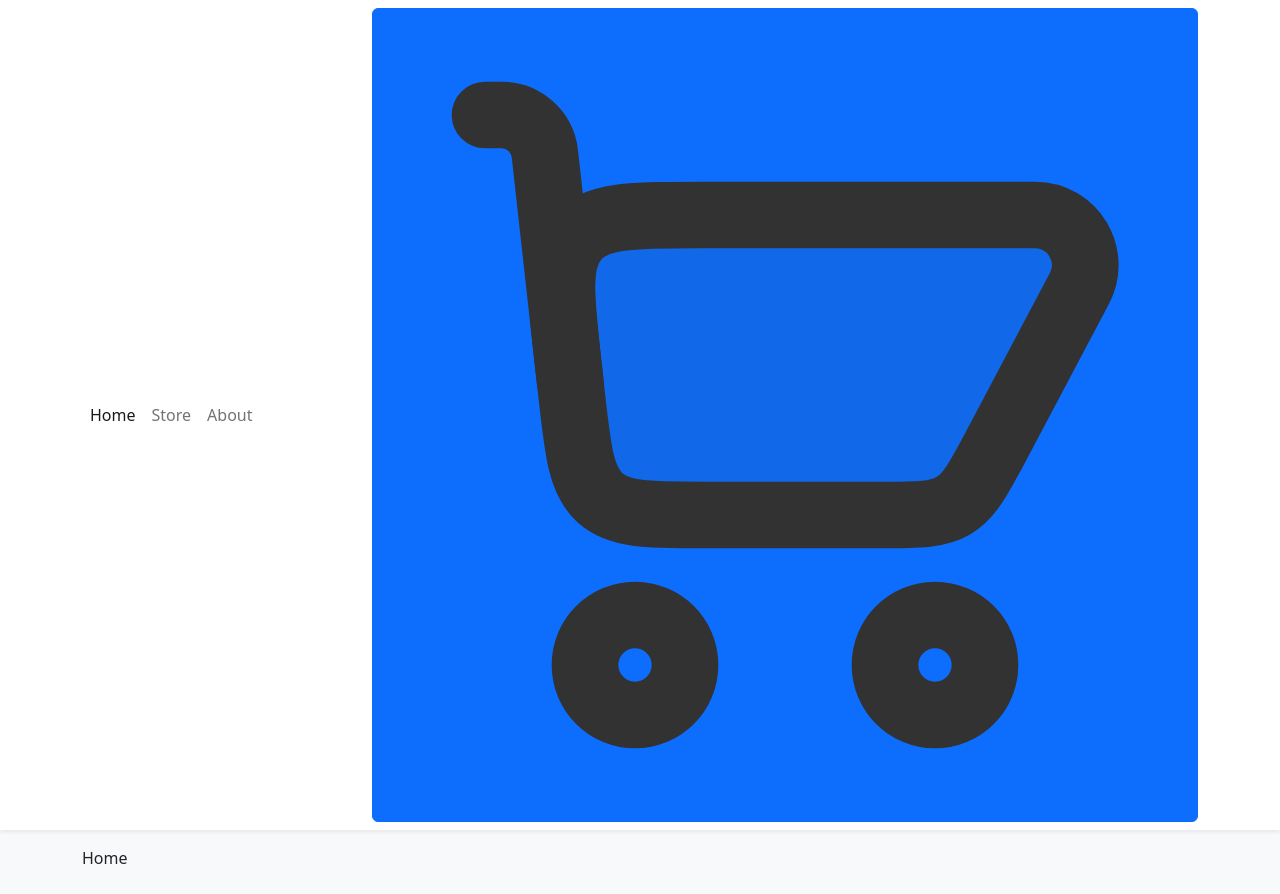
Repository: MoNasr2022/shopping-cart
Page: /
The author's editor kept a copy of each file at every save. The page is drawn from the files as they stood at one save, then again after the next save.
The browser window is 1280 px wide. The pictures show the whole page.
The project was rebuilt for these pictures with package versions that can differ from the ones it lists, and the page was loaded fresh each time. Also part of the build but not shown: vite.config.ts, src/pages/Store.tsx, src/pages/About.tsx.

Above is the page before, as saved 2023-04-17 01:35:16.

### index.html
<!DOCTYPE html>
<html lang="en">
  <head>
    <meta charset="UTF-8" />
    <link rel="icon" type="image/svg+xml" href="/vite.svg" />
    <meta name="viewport" content="width=device-width, initial-scale=1.0" />
    <title>Nasr Shopping Cart</title>
  </head>
  <body class="bg-light">
    <div id="root"></div>
    <script type="module" src="/src/main.tsx"></script>
  </body>
</html>

### src/App.tsx
import { Routes, Route } from "react-router-dom";
import { Container } from "react-bootstrap";
import Home from "./pages/Home";
import Store from "./pages/Store";
import About from "./pages/About";
import Navbar from "./components/Navbar";

function App() {
  return (
    <>
      <Navbar />
      <Container className="mb-4">
        <Routes>
          <Route path="/" element={<Home />} />
          <Route path="/store" element={<Store />} />
          <Route path="/about" element={<About />} />
        </Routes>
      </Container>
    </>
  );
}

export default App;

### src/pages/Home.tsx


export default function Home () {
  return (
    <div>Home</div>
  )
}

### src/components/Navbar.tsx
import { Navbar as NavbarB } from "react-bootstrap";
import { Container, Nav, Button } from "react-bootstrap";
import { NavLink } from "react-router-dom";



export default function Navbar() {
  return (
    <NavbarB className="bg-white shadow-sm mb-3">
      <Container>
        <Nav className="me-auto">
          <Nav.Link as={NavLink} to="/">
            {" "}
            Home
          </Nav.Link>
          <Nav.Link as={NavLink} to="/store">
            {" "}
            Store
          </Nav.Link>
          <Nav.Link as={NavLink} to="/about">
            {" "}
            About
          </Nav.Link>
        </Nav>
        <Button className="btn btn-primary">
          <svg
            width="800px"
            height="800px"
            viewBox="0 0 24 24"
            fill="none"
            xmlns="http://www.w3.org/2000/svg"
          >
            <path
              opacity="0.1"
              d="M5.60464 11.4417C5.79269 13.1343 5.88672 13.9805 6.45624 14.4903C7.02576 15 7.87723 15 9.58017 15H9.70588H13.4706H14.827C16.0002 15 16.5867 15 17.0627 14.7134C17.5387 14.4268 17.8132 13.9084 18.3621 12.8716L20.8303 8.20947C21.361 7.207 20.6343 6 19.5 6H9.70588H9.46906C7.38336 6 6.34051 6 5.74427 6.66616C5.14803 7.33231 5.2632 8.36878 5.49353 10.4417L5.60464 11.4417Z"
              fill="#323232"
            />
            <path
              d="M5.60464 11.4417C5.79269 13.1343 5.88672 13.9805 6.45624 14.4903C7.02576 15 7.87723 15 9.58017 15H9.70588H13.4706H14.827C16.0002 15 16.5867 15 17.0627 14.7134C17.5387 14.4268 17.8132 13.9084 18.3621 12.8716L20.8303 8.20947C21.361 7.207 20.6343 6 19.5 6V6H9.70588H9.46906C7.38336 6 6.34051 6 5.74427 6.66616C5.14803 7.33231 5.2632 8.36878 5.49353 10.4417L5.60464 11.4417Z"
              stroke="#323232"
              stroke-width="2"
              stroke-linejoin="round"
            />
            <path
              d="M3 3H3.5V3C4.1642 3 4.72218 3.49942 4.79553 4.15955L5.55558 11"
              stroke="#323232"
              stroke-width="2"
              stroke-linecap="round"
              stroke-linejoin="round"
            />
            <path
              d="M9 19.5C9 20.3284 8.32843 21 7.5 21C6.67157 21 6 20.3284 6 19.5C6 18.6716 6.67157 18 7.5 18C8.32843 18 9 18.6716 9 19.5Z"
              stroke="#323232"
              stroke-width="2"
            />
            <path
              d="M18 19.5C18 20.3284 17.3284 21 16.5 21C15.6716 21 15 20.3284 15 19.5C15 18.6716 15.6716 18 16.5 18C17.3284 18 18 18.6716 18 19.5Z"
              stroke="#323232"
              stroke-width="2"
            />
          </svg>
        </Button>
      </Container>
    </NavbarB>
  );
}

Loaded but not shown: src/main.tsx (common file)

After the next save:
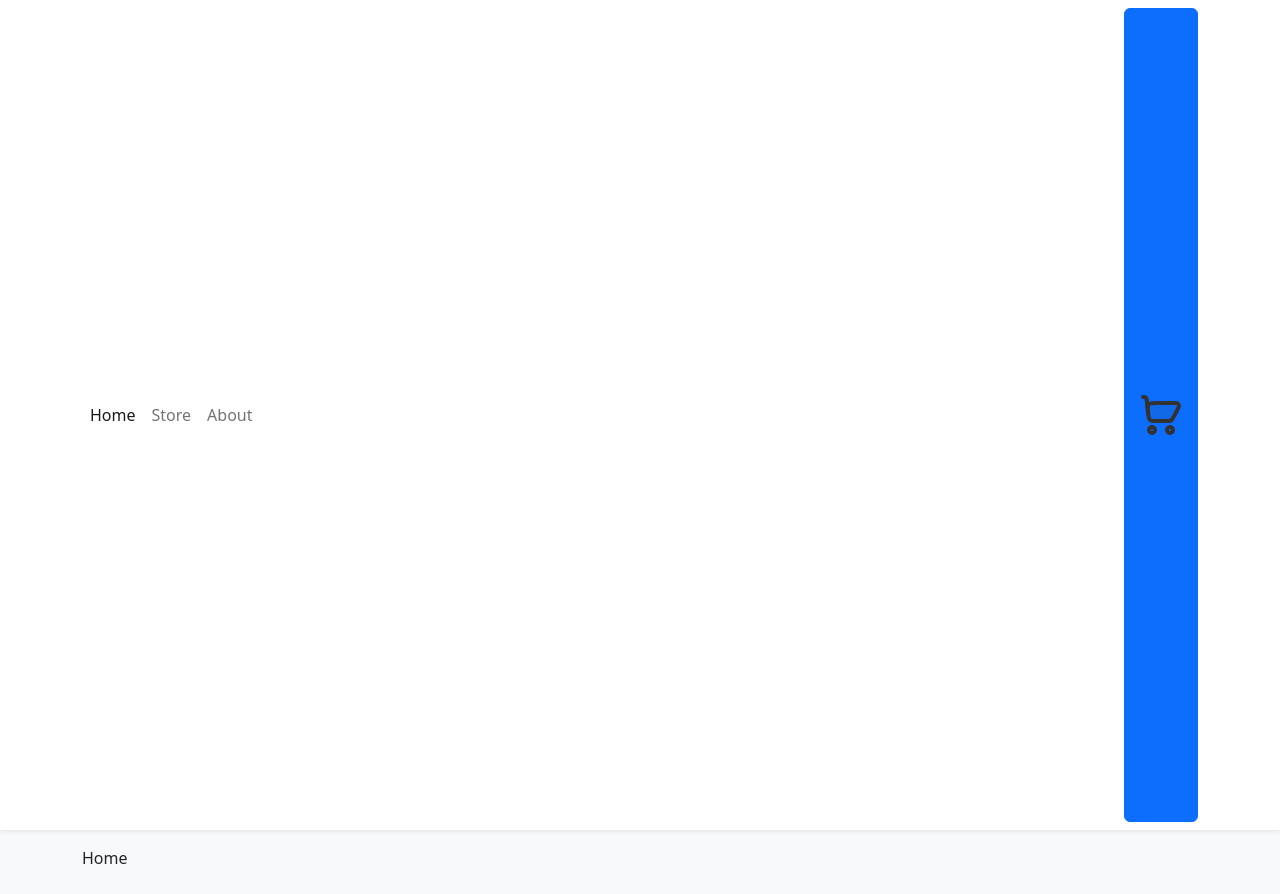
Saved 38 s later.
--- a/src/components/Navbar.tsx
+++ b/src/components/Navbar.tsx
@@ -24,7 +24,7 @@ export default function Navbar() {
         </Nav>
         <Button className="btn btn-primary">
           <svg
-            width="800px"
+            width="3rem"
             height="800px"
             viewBox="0 0 24 24"
             fill="none"
